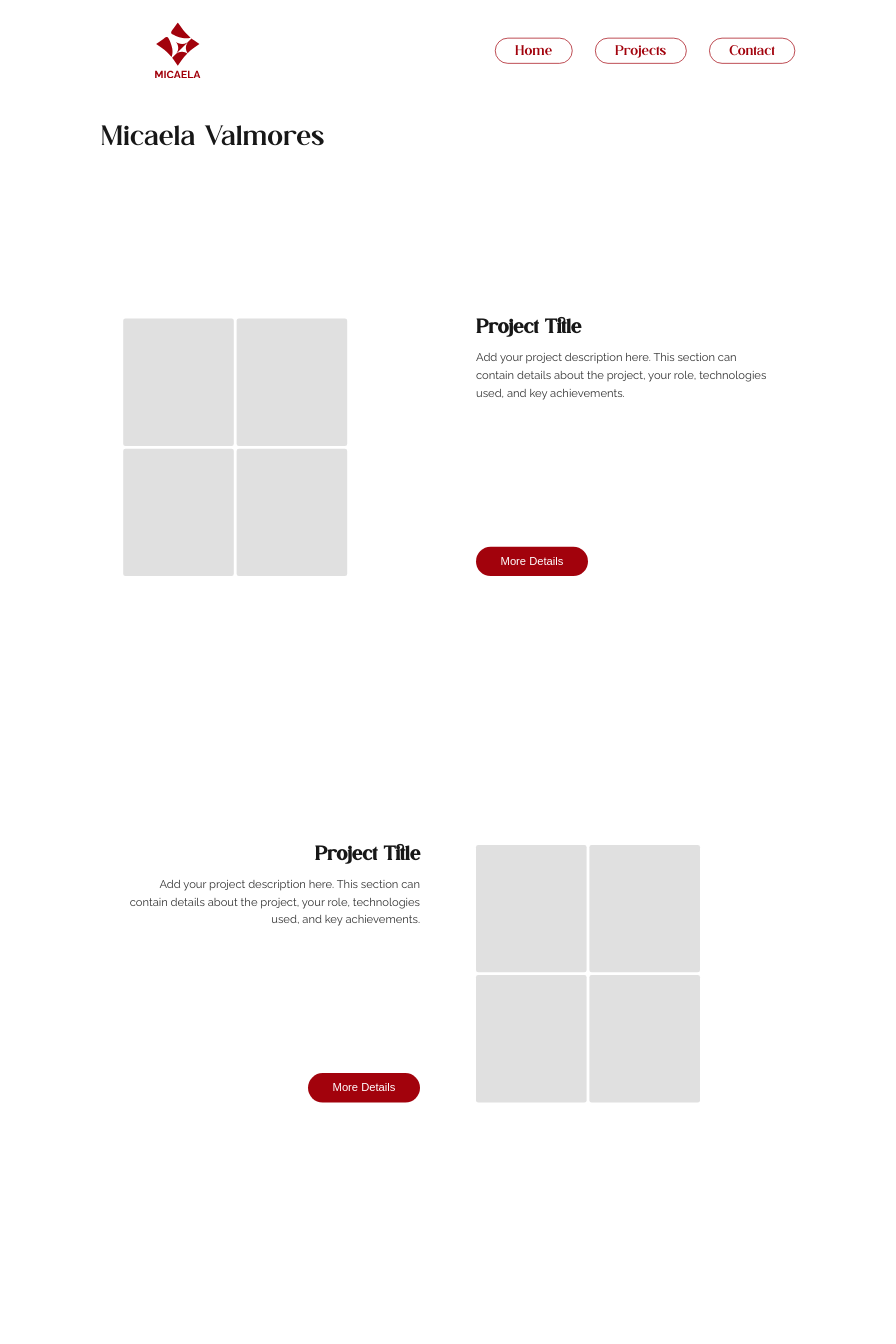
Repository: Micaelavalmores/Micaela-Portfolio
Page: /
An editor plug-in stored every save of this project. The page is shown before and after the next save, followed by the edit.
The browser window is 1280 px wide. The pictures show the part of the page from y = 0 to 1920 px (the page is 3287 px tall), at 70% of full size.
The project was rebuilt for these pictures with package versions that can differ from the ones it lists, and the page was loaded fresh each time. The framework's server and built-in components were replaced by stand-ins that run in the browser. Also part of the build but not shown: next.config.mjs.

Above is the page before, as saved 2026-01-27 12:47:21.

### app/layout.js

import { Geist } from "next/font/google";
import { Raleway } from "next/font/google";
import "./globals.css";

const geistSans = Geist({
  variable: "--font-geist-sans",
  subsets: ["latin"],
});

const raleway = Raleway({
  variable: "--font-raleway",
  subsets: ["latin"],
});



export const metadata = {
  title: "Micaela Valmores",
  description: "Generated by create next app",
  icons: {
    icon: "/logos/micaela-logo.svg",
  },
};

export default function RootLayout({ children }) {
  return (
    <html lang="en">
      <body className={`${raleway.variable}`}>
        {children}
      </body>
    </html>
  );
}

### app/page.js
import Image from "next/image";
import styles from "./page.module.css";
import HomePage from "./home-page/page";

export default function Home() {
  return (
    <div className={styles.page}>
      <HomePage />
    </div>
  );
}

### app/globals.css
:root {
  --background: #ffffff;
  --foreground: #171717;
  --font-ghaista: 'Ghaista', var(--font-raleway);
}

@font-face {
  font-family: 'Ghaista';
  src: url('/fonts/Ghaitsa.ttf') format('truetype');
  font-weight: 400;
  font-style: normal;
  font-display: swap;
}

@media (prefers-color-scheme: dark) {
  :root {
    --background: #0a0a0a;
    --foreground: #ffffff;
  }
}

html,
body {
  max-width: 100vw;
  overflow-x: hidden;
}

body {
  color: var(--foreground);
  background: var(--background);
  font-family: var(--font-raleway);
  -webkit-font-smoothing: antialiased;
  -moz-osx-font-smoothing: grayscale;
}

* {
  box-sizing: border-box;
  padding: 0;
  margin: 0;
}

a {
  color: inherit;
  text-decoration: none;
}

@media (prefers-color-scheme: dark) {
  html {
    color-scheme: dark;
  }
}

/* Horizontal page margins */
body {
  margin-left: 10rem;
  margin-right: 10rem;
}

/* Tablet: screens between iPhone and iPad */
@media (min-width: 430px) and (max-width: 1024px) {
  body {
    margin-left: 4rem;
    margin-right: 4rem;
  }
}

/* iPad Pro 13in — reduce margins to 7rem */
@media (min-width: 1024px) and (max-width: 1366px) {
  body {
    margin-left: 7rem;
    margin-right: 7rem;
  }
}

/* Mobile horizontal margins: any width smaller than 430px */
@media (max-width: 430px) {
  body {
    margin-left: 3rem;
    margin-right: 3rem;
  }
}

### app/page.module.css
.page {
  --background: #ffffff;
  --foreground: #fff;

  --text-primary: #000;
  --text-secondary: #666;



  display: grid;
  grid-template-columns: 1fr;
  min-height: 100vh;
  font-family: var(--font-geist-sans);
  background-color: var(--background);
}

.Proj-sec {
  display: flex;
  flex-direction: column;
  align-items: center;
  gap: 2rem;
  padding: 2rem;
  background-color: #ffff;
}

.intro-sec {
  display: flex;
  flex-direction: row;
  align-items: start;
  gap: 1rem;
  padding: 2rem;
  background-color: #ffff;
}

.intro-sec h1 {
  font-size: 2.5rem;
  font-weight: 500;
  margin: 0;
  font-family: ghaista;
}

.main {
  display: flex;
  min-height: 100vh;
  width: 100%;
  max-width: 800px;
  flex-direction: column;
  align-items: flex-start;
  justify-content: space-between;
  background-color: var(--foreground);
  padding: 120px 60px;
}

.intro {
  display: flex;
  flex-direction: column;
  align-items: flex-start;
  text-align: left;
  gap: 24px;
}

.intro h1 {
  max-width: 320px;
  font-size: 40px;
  font-weight: 600;
  line-height: 48px;
  letter-spacing: -2.4px;
  text-wrap: balance;
  color: var(--text-primary);
}

.intro p {
  max-width: 440px;
  font-size: 18px;
  line-height: 32px;
  text-wrap: balance;
  color: var(--text-secondary);
}

.intro a {
  font-weight: 500;
  color: var(--text-primary);
}

.ctas {
  display: flex;
  flex-direction: row;
  width: 100%;
  max-width: 440px;
  gap: 16px;
  font-size: 14px;
}

.ctas a {
  display: flex;
  justify-content: center;
  align-items: center;
  height: 40px;
  padding: 0 16px;
  border-radius: 128px;
  border: 1px solid transparent;
  transition: 0.2s;
  cursor: pointer;
  width: fit-content;
  font-weight: 500;
}

a.primary {
  background: var(--text-primary);
  color: var(--background);
  gap: 8px;
}

a.secondary {
  border-color: var(--button-secondary-border);
}

/* Enable hover only on non-touch devices */
@media (hover: hover) and (pointer: fine) {
  a.primary:hover {
    background: var(--button-primary-hover);
    border-color: transparent;
  }

  a.secondary:hover {
    background: var(--button-secondary-hover);
    border-color: transparent;
  }
}

@media (max-width: 600px) {
  .main {
    padding: 48px 24px;
  }

  .intro {
    gap: 16px;
  }

  .intro h1 {
    font-size: 32px;
    line-height: 40px;
    letter-spacing: -1.92px;
  }
}

@media (prefers-color-scheme: dark) {
  .logo {
    filter: invert();
  }

  .page {
    --background: #000;
    --foreground: #000;

    --text-primary: #ededed;
    --text-secondary: #999;

    --button-primary-hover: #ccc;
    --button-secondary-hover: #1a1a1a;
    --button-secondary-border: #1a1a1a;
  }
}

### app/home-page/page.js
import Link from 'next/link'
import styles from '../page.module.css'
import FtProj from '../components/FtProj'
import Navbar from '../components/Navbar'

export default function HomePage() {
  return (
    <main className={styles.page}>
      <nav className='Nav-bar'>
        </nav>
      <Navbar />
      <div className={styles['intro-sec']}>
        <h1>Micaela Valmores</h1>
      </div>
      <div className={styles['Proj-sec']}>
        <FtProj reversed={false}/>
        <FtProj reversed={true} />
        <FtProj reversed={false}/>
        <FtProj reversed={true} />
      </div>
    </main>
  )
}

### app/components/FtProj.js
'use client';

import styles from './FtProj.module.css';

/*
  HOW TO USE:
  The FtProj component has two layout states controlled by the reversed prop:
  1. Default (reversed={false}): Images on left, text on right (left-justified)
  2. Reversed (reversed={true}): Text on left (right-justified), images on right

  Layout changes can only be controlled in the backend by passing the reversed prop.
  Users cannot change the layout.

  Usage examples:
  <FtProj /> - Standard layout
  <FtProj reversed={true} /> - Reversed layout
*/

export default function FtProj({ reversed = false }) {
  return (
    <div className={`${styles.container} ${reversed ? styles.reversed : ''}`}>
      {/* Left Column - Text (if reversed) / Images (if standard) */}
      {!reversed ? (
        // Standard: Images on left
        <div className={styles.imagesColumn}>
          <div className={styles.imagePlaceholder}></div>
          <div className={styles.imagePlaceholder}></div>
          <div className={styles.imagePlaceholder}></div>
          <div className={styles.imagePlaceholder}></div>
        </div>
      ) : (
        // Reversed: Text on left
        <div className={styles.textColumn}>
          <div className={styles.textContent}>
            <h2>Project Title</h2>
            <p>Add your project description here. This section can contain details about the project, your role, technologies used, and key achievements.</p>
          </div>
          <button className={styles.projectButton}>More Details</button>
        </div>
      )}

      {/* Right Column - Text (if standard) / Images (if reversed) */}
      {!reversed ? (
        // Standard: Text on right
        <div className={styles.textColumn}>
          <div className={styles.textContent}>
            <h2>Project Title</h2>
            <p>Add your project description here. This section can contain details about the project, your role, technologies used, and key achievements.</p>
          </div>
          <button className={styles.projectButton}>More Details</button>
        </div>
      ) : (
        // Reversed: Images on right
        <div className={styles.imagesColumn}>
          <div className={styles.imagePlaceholder}></div>
          <div className={styles.imagePlaceholder}></div>
          <div className={styles.imagePlaceholder}></div>
          <div className={styles.imagePlaceholder}></div>
        </div>
      )}
    </div>
  );
}

### app/components/Navbar.js
import Link from "next/link";
import Image from "next/image";
import styles from "./Navbar.module.css";

export default function Navbar() {
  return (
    <nav className={styles.navbar}>
      <Link href="/" className={styles.logoContainer}>
        <Image
          src="/logos/logo-name.svg"
          alt="Micaela Valmores"
          width={220}
          height={80}
          priority
        />
      </Link>

      <ul className={styles.navLinks}>
        <li>
          <Link href="/">Home</Link>
        </li>
        <li>
          <Link href="/projects-page">Projects</Link>
        </li>
        <li>
          <Link href="/contact">Contact</Link>
        </li>
      </ul>
    </nav>
  );
}

### app/components/FtProj.module.css
.container {
  width: 60rem;
  height: 25rem;
  display: grid;
  grid-template-columns: 1fr 1fr;
  gap: 5rem;
  padding: 1rem;
  margin: 10rem 0;
}

.container.reversed {
  grid-template-columns: 1fr 1fr;
}

.reversed .textContent {
  text-align: right;
}

.reversed .textColumn {
  text-align: right;
}

.reversed .projectButton {
  justify-self: end;
}

.imagesColumn {
  display: grid;
  grid-template-columns: 1fr 1fr;
  gap: 0.2rem;
  width: 20rem;
}

.imagePlaceholder {
  width: 100%;
  height: 100%;
  background-color: #e0e0e0;
  border-radius: 0.2rem;
}

.textColumn {
  display: grid;
  grid-template-rows: 1fr auto;
  gap: 2rem;
}

.textContent {
  display: flex;
  flex-direction: column;
}

.textColumn h2 {
  margin: 0 0 1rem 0;
  font-size: 1.75rem;
  font-family: ghaista;
}

.textColumn p {
  margin: 0;
  line-height: 1.6;
  color: #333;
  font-size: 1rem;
}

.projectButton {
  align-self: start;
  width: 10rem;
  padding: 0.75rem 1.5rem;
  background-color: #A2020C;
  color: #fff;
  border: none;
  border-radius: 5rem;
  font-size: 1rem;
  cursor: pointer;
}

.projectButton:hover {
  background-color: #b62d36;
}

### app/components/Navbar.module.css
.navbar {
  display: flex;
  justify-content: space-between;
  width: 100%;
  align-items: center;
  padding: 2rem 2rem;
  background-color: #ffffff;
  position: sticky;
  top: 0;
  z-index: 1000;
}

.logoContainer {
  display: flex;
  align-items: center;
  transition: opacity 0.3s ease;
}

.logoContainer:hover {
  opacity: 0.8;
}

.navLinks {
  display: flex;
  gap: 2rem;
  list-style: none;
  margin: 0;
  padding: 0;
  align-items: center;
}

.navLinks li {
  margin: 0;
}

.navLinks a {
  text-decoration: none;
  color: #A2020C;
  font-size: 1.25rem;
  font-weight: 500;
  transition: color 0.3s ease;
  position: relative;
  border: solid 1px #A2020C;
  border-radius: 3rem;
  padding: 0.50rem 1.75rem;
  font-family: ghaista;
}

.navLinks a:hover {
  color: #0070f3;
}



.navLinks a:hover::after {
  width: 100%;
}

/* Responsive design */
/* @media (max-width: 768px) {
  .navbar {
    padding: 1rem 1.5rem;
  }

  .navLinks {
    gap: 1.5rem;
  }

  .navLinks a {
    font-size: 0.9rem;
  }
} */

/* @media (max-width: 480px) {
  .navbar {
    padding: 0.75rem 1rem;
  }

  .navLinks {
    gap: 1rem;
  }

  .navLinks a {
    font-size: 0.85rem;
  }
} */

After the next save:
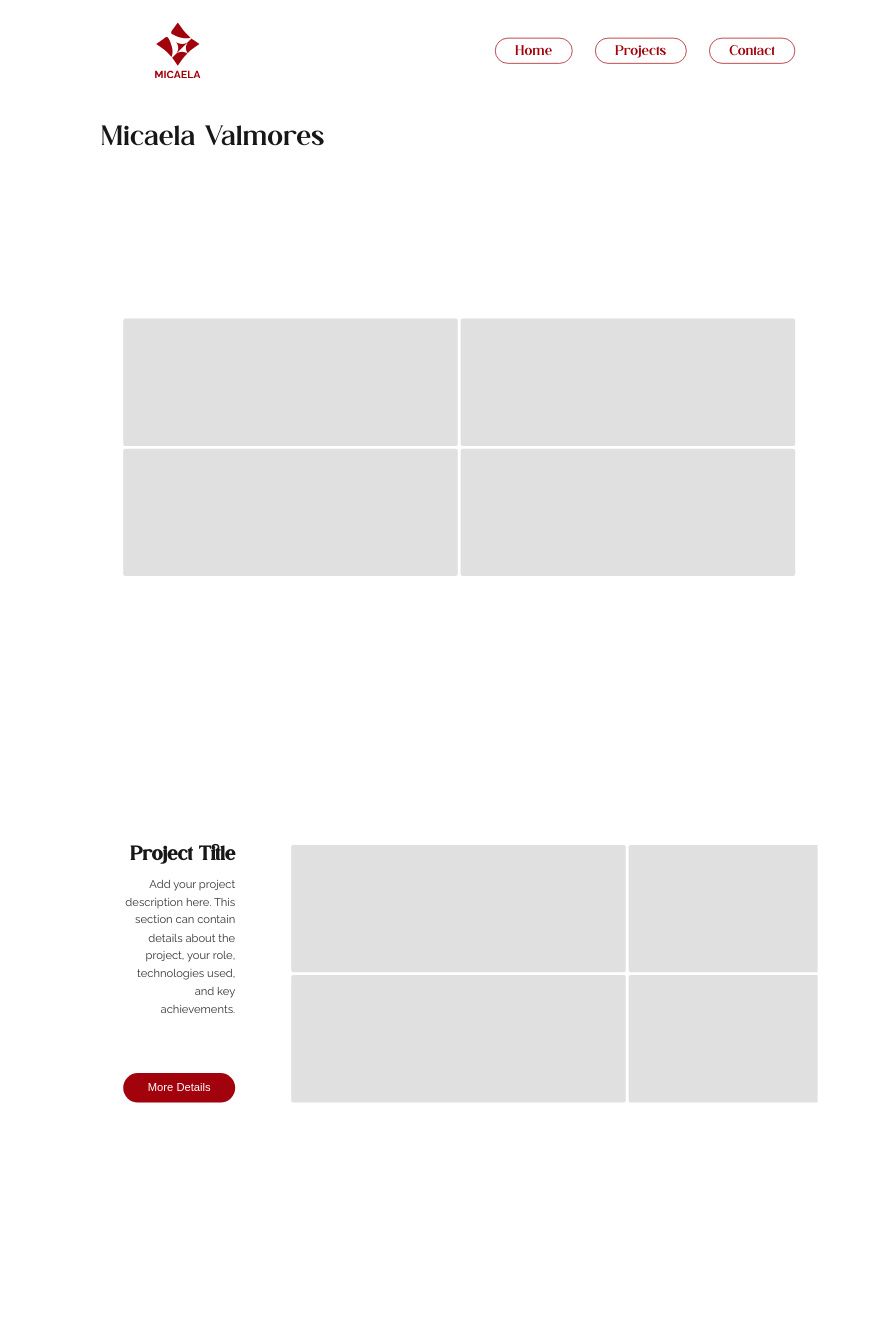
Saved 8 s later.
--- a/app/components/FtProj.module.css
+++ b/app/components/FtProj.module.css
@@ -28,7 +28,7 @@
   display: grid;
   grid-template-columns: 1fr 1fr;
   gap: 0.2rem;
-  width: 20rem;
+  width: 60rem;
 }
 
 .imagePlaceholder {
